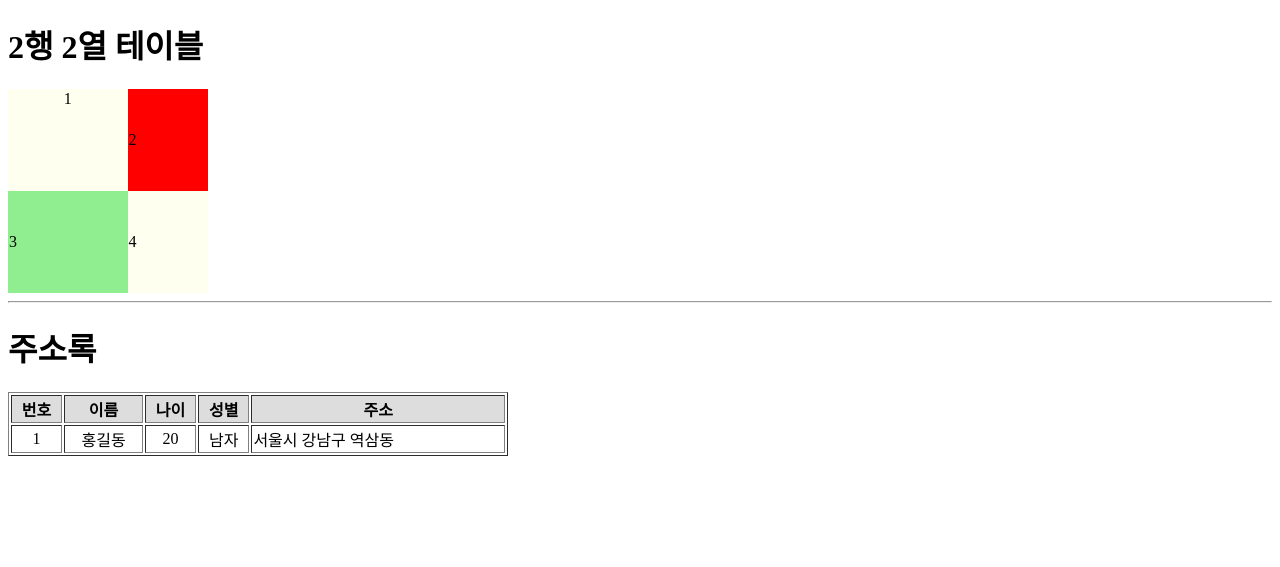
Repository: JeongWoo-Jang/Edu-Backup
Page: 5. HTML & CSS & JSP/ClientTest/WebContent/ex13_table.html
The author's editor kept a copy of each file at every save. The page is drawn from the files as they stood at one save, then again after the next save.
The browser window is 1280 px wide. The pictures show the whole page.

Above is the page before, as saved 2020-06-19 07:41:17.

### 5. HTML & CSS & JSP/ClientTest/WebContent/ex13_table.html
<!DOCTYPE html>
<html>
<head>
<meta charset="UTF-8">
<title>Insert title here</title>
</head>
<body>

	<!--

		<table>, 표
		- 표 만들 때 사용
		- 레이아웃 만들 때 사용 -> 잘 안씀 -> <div> + CSS 사용

		1. <table>
			- 큰상자
			- 전체 컨테이너
		2. <tr>
			- 중간 상자
			- 행 역할
		3. <td>
			- 작은 상자
			- 셀 역할
			- 테이블의 데이터는 <td>가 가진다.
		4. <th>
			- 작은 상자
			- 셀 역할
			- 헤더의 셀 역할(제목 역할)

	 -->

	 <h1>2행 2열 테이블</h1>

	 <table border="0" width="200" height="200" bgcolor="yellow" cellspacing="0">
	 	<tr bgcolor="red">
	 		<td width="120" height="100" bgcolor="ivory" align="center" valign="top">1</td>
	 		<td width="80">2</td>
	 	</tr>
	 	<tr bgcolor="ivory">
	 		<td height="100" bgcolor="lightgreen">3</td>
	 		<td>4</td>
	 	</tr>
	 </table>

	 <hr>

	 <h1>주소록</h1>

	 <table border="1" width="500">
	 	<!-- 테이블 헤더 -->
	 	<tr bgcolor="#DDDDDD">
	 		<th width="50">번호</th>
	 		<th width="80">이름</th>
	 		<th width="50">나이</th>
	 		<th width="50">성별</th>
	 		<th width="270">주소</th>
	 	</tr>
	 	<tr>
	 		<td align="center">1</td>
	 		<td align="center">홍길동</td>
	 		<td align="center">20</td>
	 		<td align="center">남자</td>
	 		<td>서울시 강남구 역삼동</td>
	 	</tr>
	 </table>


</body>
</html>

After the next save:
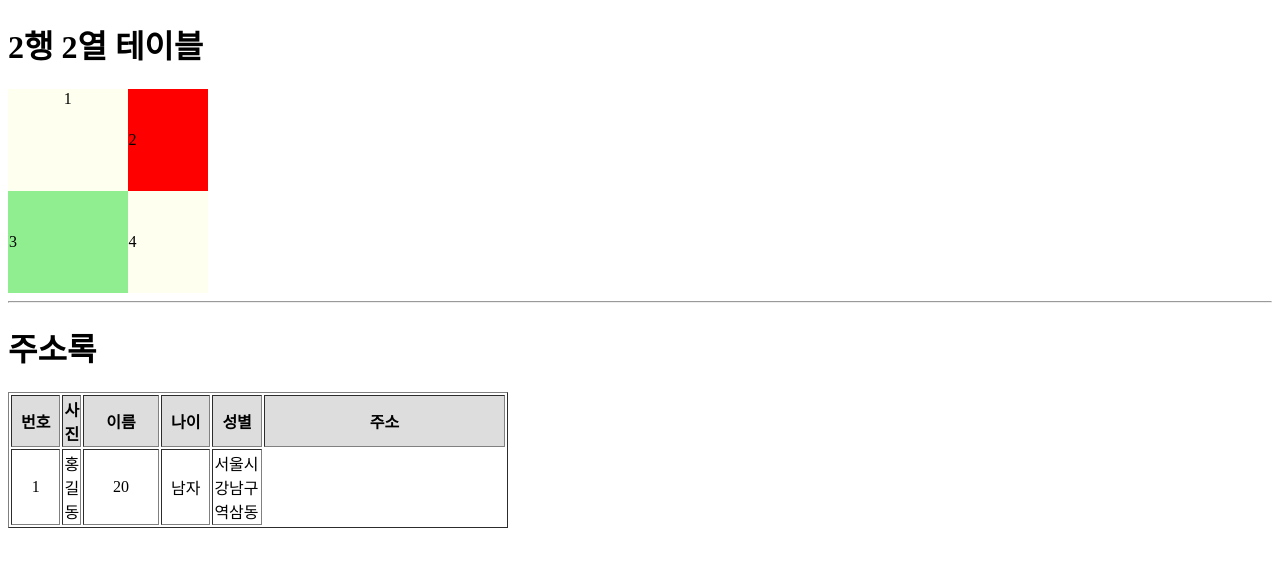
Saved 23 s later.
--- a/5. HTML & CSS & JSP/ClientTest/WebContent/ex13_table.html
+++ b/5. HTML & CSS & JSP/ClientTest/WebContent/ex13_table.html
@@ -50,6 +50,7 @@
 	 	<!-- 테이블 헤더 -->
 	 	<tr bgcolor="#DDDDDD">
 	 		<th width="50">번호</th>
+	 		<th>사진</th>
 	 		<th width="80">이름</th>
 	 		<th width="50">나이</th>
 	 		<th width="50">성별</th>
